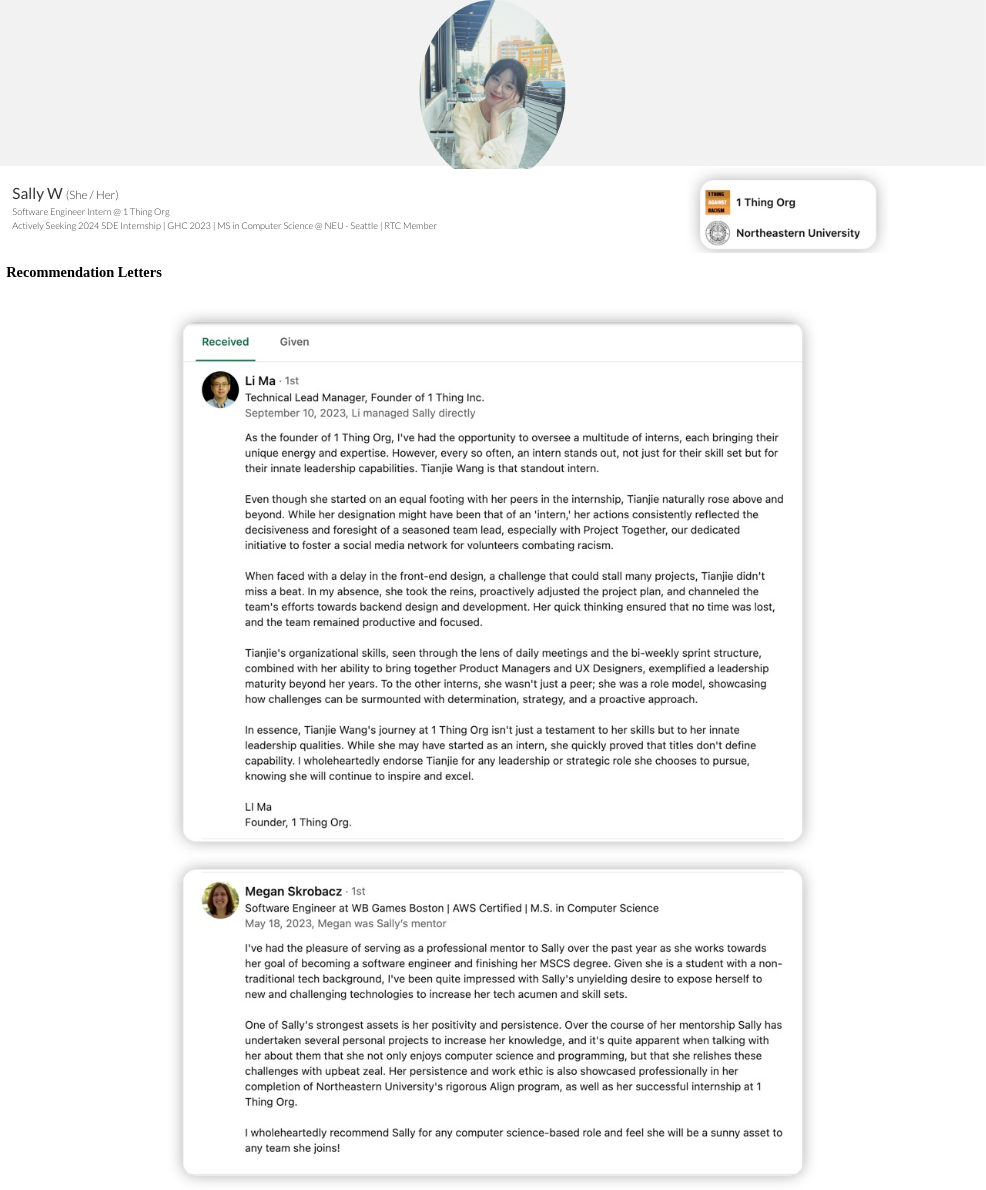
Repository: tianjiewang2022/digital-namecard
Page: recommendation_page.html
These files come from the project's save history. The page is drawn as it stood at one moment and after the next save; the edit follows.
The browser window is 1280 px wide. The pictures show the whole page, at 77% of full size.
Some web fonts or font styles are not loaded; a fallback is used.

Above is the page before, as saved 2023-10-16 16:15:39.

After the next save:
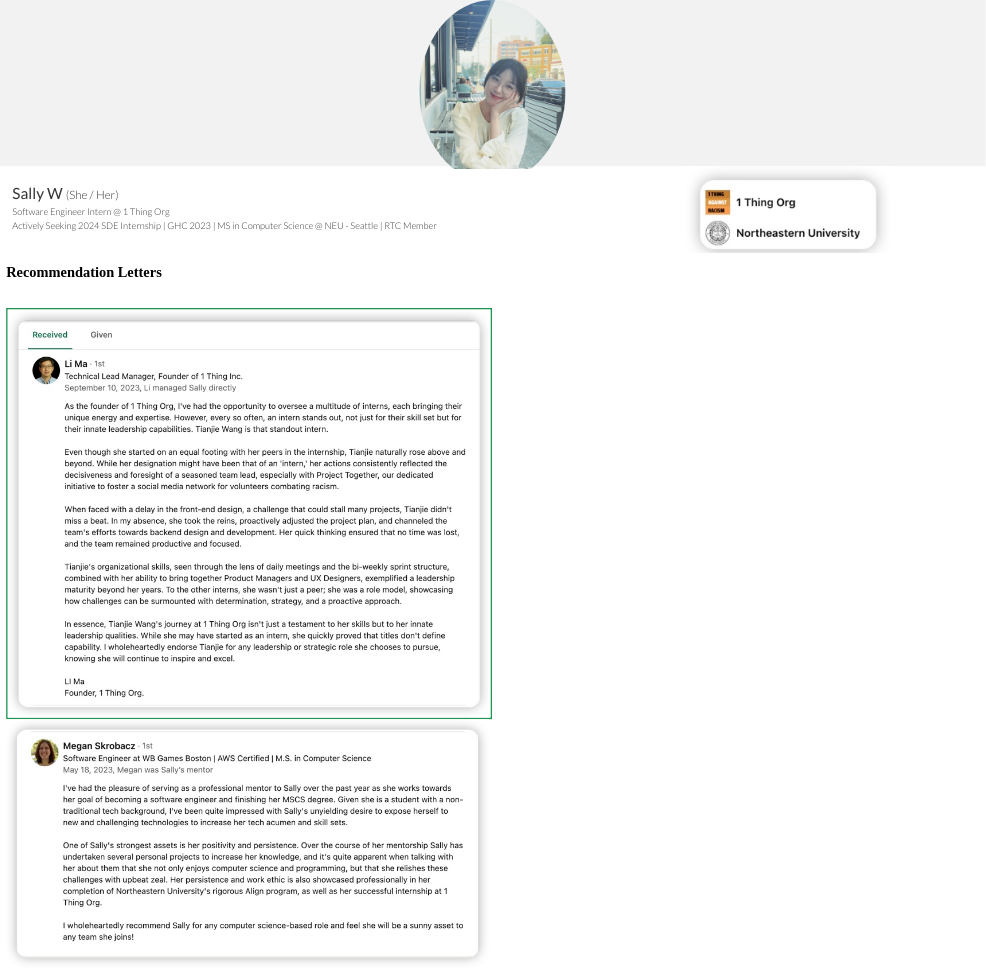
Saved 11 s later.
--- a/recommendation_page.html
+++ b/recommendation_page.html
@@ -42,7 +42,7 @@
             </div>
         </section>
 
-        <section class="bg-color-white secondary-info">
+        <section class="bg-color-white secondary-info additional-info">
             <div class="image-container">
                 <img src="Recommendation_Manager.jpg" alt="Recommendation from Manager">
                 <img src="Recommendation_Mentor.jpg" alt="Recommendation from Mentor">
